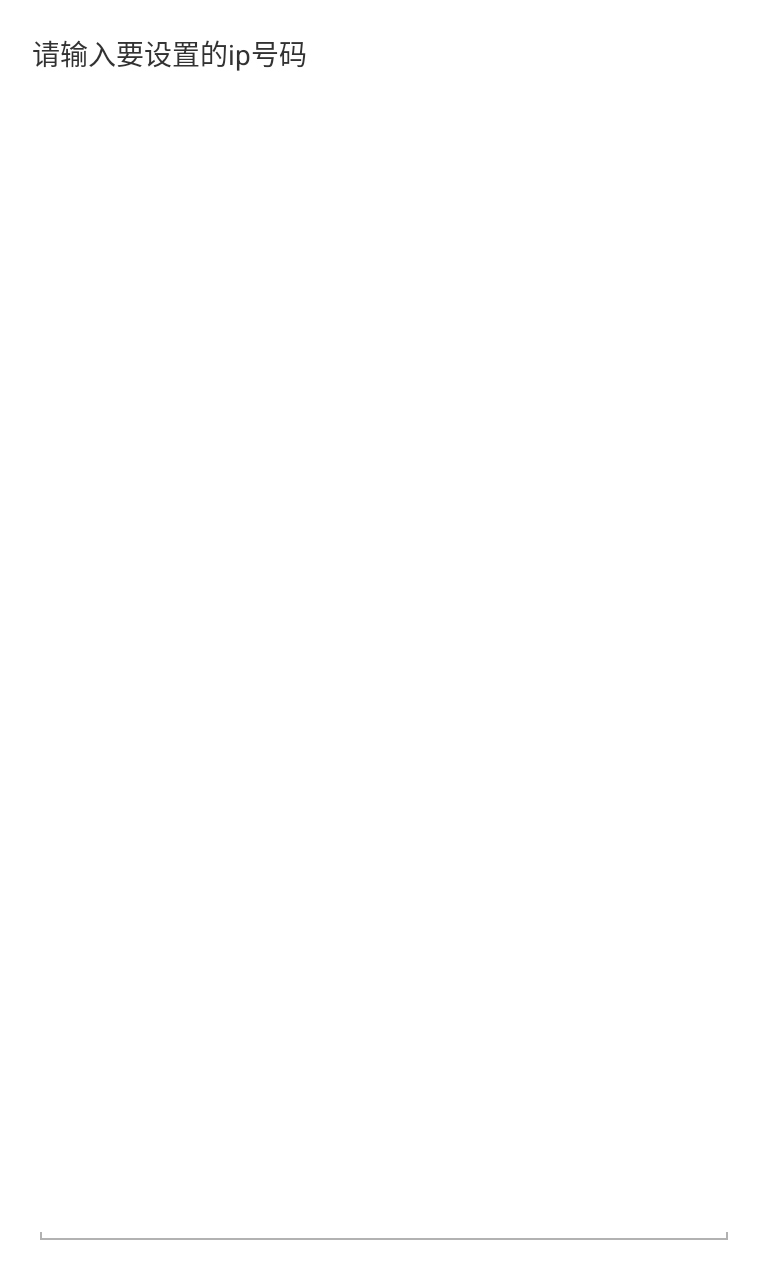
Repository: DongHuaLu/android
Layout: 27Ipdail/res/layout/activity_main.xml
These files come from the project's save history. The layout is drawn as it stood at one moment and after the next save; the edit follows.
It is drawn on a 768 x 1280 px phone screen (xhdpi) without system bars, with theme AppTheme; the app's code is not run.

Above is the layout before, as saved 2013-08-29 06:38:47.

After the next save:
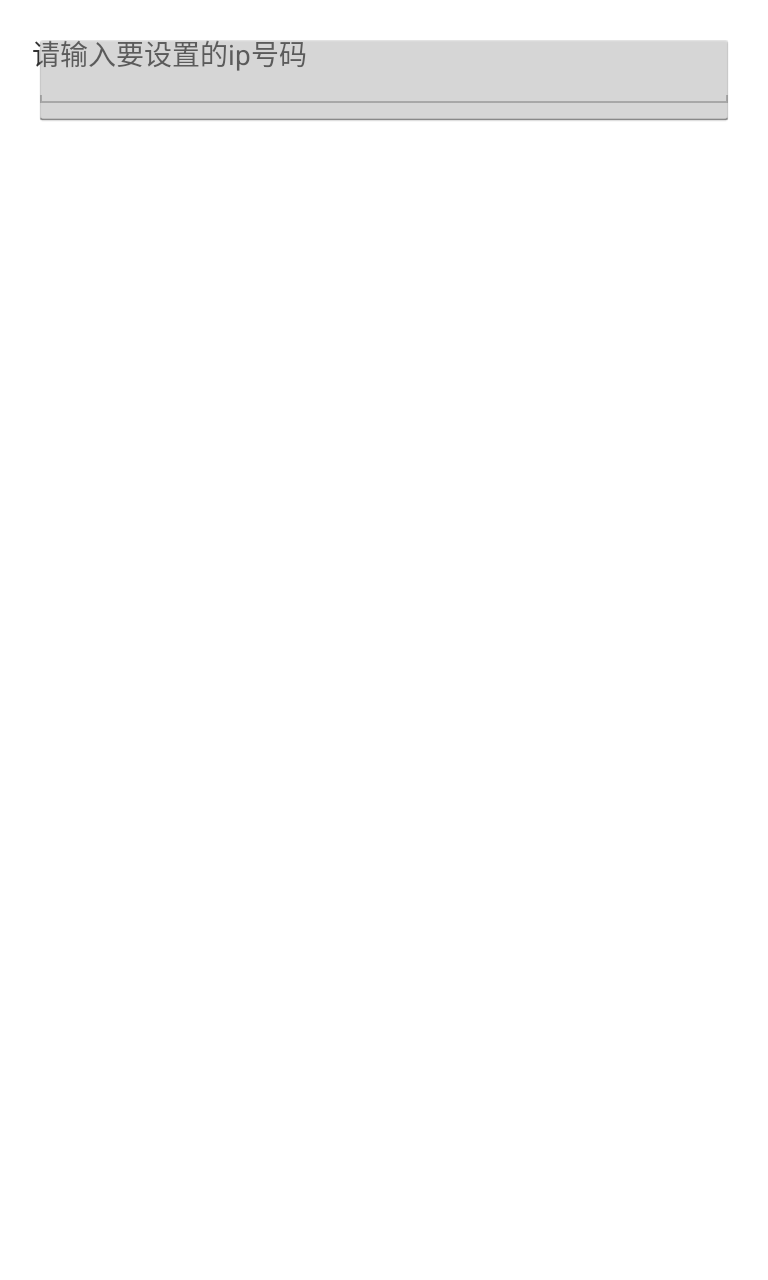
Saved 26 s later.
--- a/27Ipdail/res/layout/activity_main.xml
+++ b/27Ipdail/res/layout/activity_main.xml
@@ -10,12 +10,16 @@
 
     <TextView
         android:layout_width="fill_parent"
-        android:layout_height="fill_parent"
+        android:layout_height="wrap_content"
         android:text="请输入要设置的ip号码" />
 
     <EditText
         android:id="@+id/et"
         android:layout_width="fill_parent"
-        android:layout_height="fill_parent" />
+        android:layout_height="wrap_content" />
+
+    <Button
+        android:layout_width="fill_parent"
+        android:layout_height="wrap_content" />
 
 </RelativeLayout>
